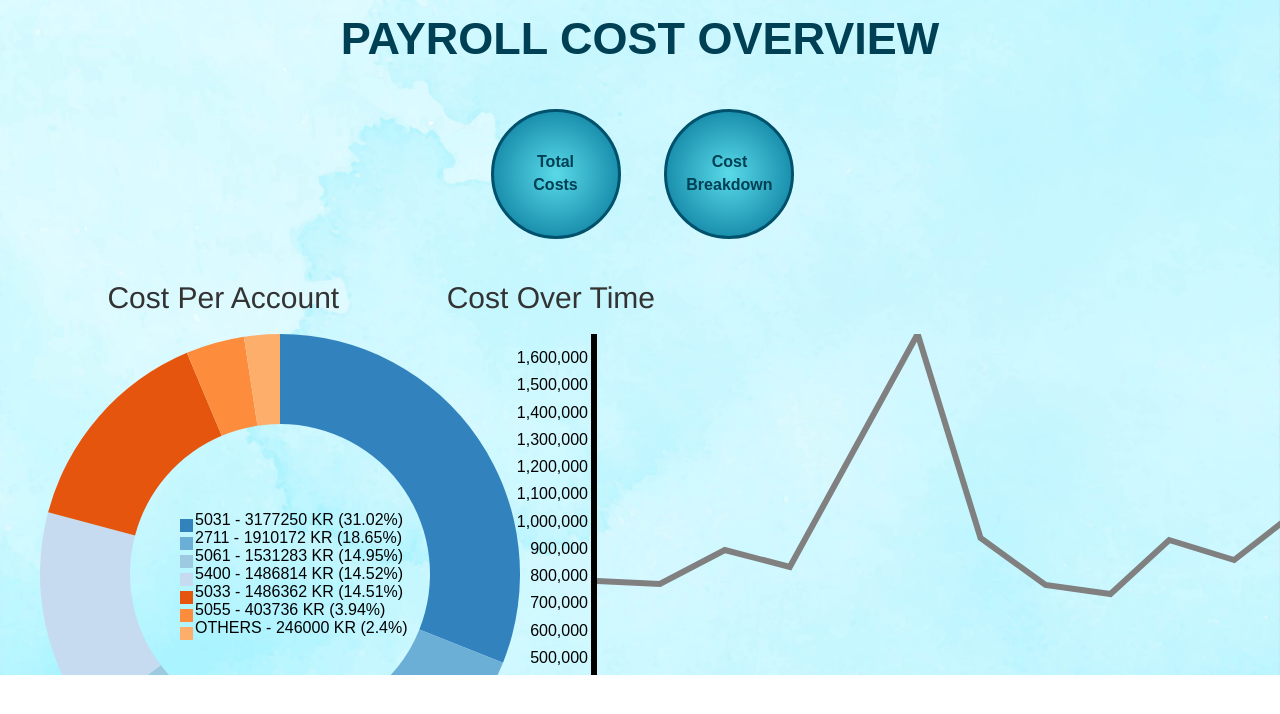
Repository: Code-Institute-Submissions/danfiliphoff-Milestoneproject-2
Page: account.html
The author's editor kept a record of every edit. The page is drawn from the files as they stood at one moment, then again after the next edit.
The browser window is 1280 px wide. The pictures show the whole page.
An inner scrolling area shows only its first screen.

Above is the page before.

### account.html
<!DOCTYPE html>
<html lang="en">
<head>
    <meta charset="UTF-8">
    <meta name="viewport" content="width=device-width, initial-scale=1.0">
    <meta http-equiv="X-UA-Compatible" content="ie=edge">
    <title>Payroll Dashboard</title>
    <link rel="stylesheet" href="static/css/style.css" type="text/css" />
    <link rel="stylesheet" href="" type="text/css" />
    <link rel="stylesheet" href="static/pictures/html_background.jpg" type="image/jpg" />
    <link rel="stylesheet" href="https://stackpath.bootstrapcdn.com/bootstrap/3.3.7/css/bootstrap.min.css" type="text/css" />
    <link rel="stylesheet" href="https://stackpath.bootstrapcdn.com/font-awesome/4.7.0/css/font-awesome.min.css" type="text/css" />
    <script src="https://ajax.googleapis.com/ajax/libs/jquery/3.3.1/jquery.min.js"></script>
    <script src="https://maxcdn.bootstrapcdn.com/bootstrap/3.4.0/js/bootstrap.min.js"></script>
    <script type="text/javascript" src="static/js/d3.min.js"></script>
    <script type="text/javascript" src="static/js/d3-time-format.v2.min.js"></script>
    <script type="text/javascript" src="static/js/crossfilter.min.js"></script>
    <script type="text/javascript" src="static/js/dc.min.js"></script>
    <script type="text/javascript" src="static/js/queue.min.js"></script>
    <script type="text/javascript" src="static/js/account.js"></script>
</head>




<body id="index-body-size">
    <div class="container-fluid" id="index-background">
        <header>
            <!--*******Title*********-->
                <div >
                   <div class="row">
                        <h1 class="col-md-12 paddingtitle title">
                             <a href="index.html" class="title">
                                 <span>Payroll Cost Overview</span>
                                 <br>
                             </a>
                        </h1>
                   </div>
                </div>
        </header>
        <body class = "body-account">
            <!--****** Navigation Buttons******-->
            <div class="mobile" id="indexcontent">
                <div class="row" id="center-btn">
                    <div class="col-md-12">
                        <form style="display: inline" action="total_cost.html" method="get">
                            <button class="mainbutton">
                                <span>Total<br> Costs</span>
                            </button>
                        </form>
                        <form style="display: inline" action="account.html" method="get">
                            <button class="mainbutton">
                                <span>Cost Breakdown</span>
                            </button>
                        </form>
                    </div>
                </div>
            </div>

            <!--*****Graphs******-->
            <div class="container">
                <div class="row">
                   <!--*****Pie Charts******-->
                    <section class="col-md-4">
                        <h2 class="h2-chart-heading">Cost Per Account</h2>
                        <div id="cost-per-account"></div>
                    </section>
                    <!--*****Line Chart******-->
                    <section class="col-md-8">
                        <h2>Cost Over Time</h2>
                        <div id="Cost-Over-Time"></div>
                    </section>
                </div>
               <div class="row">
                    <!--*****Bar Chart******-->
                    <section class="col-md-12">
                        <h2>Cost per Type</h2>
                        <div id="Cost-Per-Type"></div>
                    </section>
               </div>
            </div>
        </body>

        <!--****** Footer******-->
        <footer class="container-fluid footer-pinned">
            <div class="row footerbackgrund">
            </div>
        </footer>
    </div>



</body>

### static/css/style.css


/*--------HEADER-------*/
.paddingtitle{
    padding-top:25px;
    text-align: center;
}

.title {
    font-family: "Nunito", Arial;
    font-weight: 800;
    font-size: 45px;
    line-height: 50px;
    text-transform: uppercase;
    color:#004054;
    text-decoration: none !important;
    top: 0.5%;
    position: relative;
}

/*--------Index-------*/
#index-body-size{
    position: fixed;
    height: 100%;
    width: 100%;
    margin-top: -27px;
    margin-left: 0px;
}
#indexcontent{
    text-align: center;
    margin-top: 1%;
}

#welcome-text{
    max-width: 100px;
}

#center-btn{
    margin-right: 20px;
}

.mainbutton{
    border-radius: 50%;
    color: #004054;
    background: radial-gradient(#5adae9, #017296);
    height: 130px;
    width: 130px;
    font-family: "Nunito", Arial;
    font-weight: 800;
    font-size:16px;
    border: 3px solid #00516b;
    transition: all 0.5s;
    cursor: pointer;
    text-align: center;
    margin-bottom: 22px;
    margin-top: 22px;
    margin-left: 40px;
}

.mainbutton:hover{
  box-shadow: 0 12px 16px 0 rgba(0,0,0,0.24), 0 17px 50px 0 rgba(0,0,0,0.19);
}

.mainbutton span{
  cursor: pointer;
  display: inline-block;
  position: relative;
  transition: 0.5s;
}

.mainbutton span:after{
  content: '\00bb';
  position: absolute;
  opacity: 0;
  top: 0;
  right: -20px;
  transition: 0.5s;
}

.mainbutton:hover span{
  padding-right: 25px;
}

.mainbutton:hover span:after{
  opacity: 1;
  right: 0;
}




/*--------GENERAL-------*/
#index-background{
    position: relative;
    background-repeat:no-repeat;
    background-size:cover;
    background-image: url("../pictures/html_background.jpg");
    height: 107%;
    width: 100%;
    overflow:scroll;
}

.body-account{
    padding-bottom:60px;
    height: 100%;
}

.topic-header{
  font-family: "Nunito", Arial;
  font-weight: 700;
  font-size:  43px;
  color:#004054;
  text-align: center;
}

.topic-text{
  font-family: "Nunito", Arial;
  color:black;
  font-size: 13px;
  text-decoration: none!important;
  text-align: justify;
  max-width: 203px;
  margin: 0 auto;
}

.container{
    width: 100% !important;
}

.h2-chart-heading{
    text-align: center;
}

/*--------------GRAPHS AND CHARTS-------------------*/

/*below hides y axis for accounts bar graph*/
#Cost-Per-Type
 .axis.y { display: none; }

/*below make sures that line grap renders as a line and not as an area*/
.line {
         fill: none;
         stroke: grey;
         stroke-width: 6px;
         }


#Cost-Over-Time > svg > g > g.axis.x {
    font-size: 13.5px;
}

/*#Cost-Over-Time > svg > g > g.axis.x > g:nth-child(5){
    font-size: 10px;
}*/

#cost-per-account > svg {
    display:block;
    margin:auto;
}

#Cost-Over-Time > svg {
    display:block;
    margin:auto;
}

#Cost-Per-Type > svg {
    display:block;
    margin:auto;
}

#index-background > div.container > div:nth-child(2) > section{
    margin-top: 80px;
}

#cost-per-account > svg > g.dc-legend{
    font-family: "Nunito", Arial;
    font-size: 16px;
    text-transform: uppercase;
    color:#004054;
}

#Cost-Over-Time > svg > g > g.axis.y{
    font-family: "Nunito", Arial;
    font-size: 16px;
    text-transform: uppercase;
    color:#004054;
}


/*--------------FOOTER-------------------*/
.footer-pinned{
   position:static;
   bottom:0;
   width:100%;
}

.footerbackgrund{
  bottom: 0;
  margin-top: 50px;
  border-radius: 170px 170px 0px 0px;
  background-repeat:no-repeat;
  background-size:cover;
  background-image: url("../pictures/footerbackground.jpg");
  height: 60px;
}


/*-------------MEDIA QUERYS-----------*/
@media (max-width: 404px){
    .mainbutton{
        height: 118px;
        width: 118px;
        margin-left: 29px;
    }
}


@media (max-width: 768px){
    .mainbutton{
        margin-top: 5px;
    }
}

@media (min-width: 768px){

    .topic-text{
        font-size: 15px;
        max-width: 295px;
    }

    #index-body-size{
    margin-top: -31px;
    }


}

@media  (min-width: 427px) and (max-width: 768px) {
    .title {
        font-weight: 800;
        font-size: 35px;
        line-height: 30px;
        padding-top: 20px;
    }

    .topic-header{
        font-size:  30px;
    }
}




@media  (min-width: 0px) and (max-width: 426px){
    .title{
        font-weight: 800;
        font-size: 24px;
        line-height: 40px;
        padding-top: 20px;
    }

    .topic-header{
        font-size:  25px;
    }


}


@media (max-width: 320px){
   .topic-text{
        margin-left: 54px;
        font-size: 12px;
    }
}

### static/js/account.js
/*steg:
1. skapa HTML.
2. skapa function
3.lägg till function under make graph*/

/*väntar med att skapa graf tills data är laddat*/
queue()
    .defer(d3.csv, "data/account.csv")
    .await(makeAccountDataGraphs);


function makeAccountDataGraphs(error, account){

    var parseDate = d3.time.format("%Y-%m-%d").parse;
    account.forEach(function(d){
        d.PaymentDate = parseDate(d.PaymentDate);
    });

   /* converts all accounts and Sums to integers*/
    account.forEach(function(d){
        d.Account = parseInt(d.Account, 10);
    });

    account.forEach(function(d){
        d.Sum = parseInt(d.Sum, 10);
    });


   var ndx=crossfilter(account);
   cost_per_account(ndx);
   cost_per_type(ndx);
   cost_over_time(ndx);
   dc.renderAll();
}


function cost_over_time(ndx) {
    var cost_over_time_dim = ndx.dimension(dc.pluck("PaymentDate"));
    var cost_over_time_group = cost_over_time_dim.group().reduceSum(dc.pluck('Sum'));

    var minDate = cost_over_time_dim.bottom(1)[0].PaymentDate;
    var maxDate = cost_over_time_dim.top(1)[0].PaymentDate;

    dc.lineChart('#Cost-Over-Time')
        .width(1000)
        .height(500)
        .margins({top: 10, right: 150, bottom: 30, left: 150})
        .dimension(cost_over_time_dim)
        .group(cost_over_time_group)
        .transitionDuration(500)
        .x(d3.time.scale().domain([minDate,maxDate]))
        .yAxis().ticks(15);
        }




function cost_per_account(ndx) {
    var cost_per_account_dim = ndx.dimension(dc.pluck("Account"));
    var cost_per_account_group = cost_per_account_dim.group().reduceSum(dc.pluck('Sum'));

    /*räknar ihopp totalen men funkar ej
   var total= cost_per_account_dim.groupAll().reduceSum(function (d) {
       return +d.Sum;
   });
   console.log(total);

    dc.numberDisplay("#total")
        .valueAccessor(function(d){
            console.log(d);
            return +d.Sum})
        .group(total);*/



    dc.pieChart('#cost-per-account')
        .height(500)
        .width(500)
        .radius(240)
        .innerRadius(150)
        .transitionDuration(1500)
        .dimension(cost_per_account_dim)
        .group(cost_per_account_group)
        .slicesCap(6)
        .legend(dc.legend()
            .x(150)
            .y(195)
            .itemHeight(13)
            .gap(5)
            .legendText(
                function(d) {
                  /* console.log(d);för att se vilka nycklar (d.xx, d.något) som ska användas använd den här consolelog*/
                    return d.name + " - " + d.data + " " + "KR ("
            +  Math.round((d.data/(10241617/100))*100)/100 + "%)"})
            )
        .renderLabel(false);
}

/*ska visa kostnad för varje löneart*/
function cost_per_type(ndx){
    var cost_per_type_dimension = ndx.dimension(dc.pluck("Type"));
    var cost_per_type_group = cost_per_type_dimension.group().reduceSum(dc.pluck('Sum'));
    var filtered_cost_per_type_group = remove_empty_bins(cost_per_type_group);

    function remove_empty_bins(cost_per_type_group) {
    return {
        all:function () {
            return cost_per_type_group.all().filter(function(d) {
                return d.value !== 0; // if integers only
             });
            }
           };
          }


     dc.barChart('#Cost-Per-Type')
            .width(1500)
            .height(1000)
            .margins({top: 10, left: 80, right: 1, bottom: 200})
            .dimension(cost_per_type_dimension)
            .group(filtered_cost_per_type_group)
            .transitionDuration(500)
            .renderLabel(true)/*gets total label for whole bar*/
            .elasticX(true)
            .xAxisPadding(10)
            .gap(15)
            .centerBar(true)
            .x(d3.scale.ordinal())
            .xUnits(dc.units.ordinal)
            /*renderlet rotates labels on X axis*/
            .on('renderlet',function (chart) {
                    chart.selectAll("g.x text")
                      .attr('dx', '-135')
                     /* nedan kod kontolllerar lutningen på texten i x axeln och alignement av text och bar*/
                      .attr('transform', "translate(25,0) rotate(-35)");
                });

}

Loaded but not shown: static/js/d3.min.js (library); static/js/d3-time-format.v2.min.js (library); static/js/crossfilter.min.js (library); static/js/dc.min.js (library); static/js/queue.min.js (common file)

After the next edit:
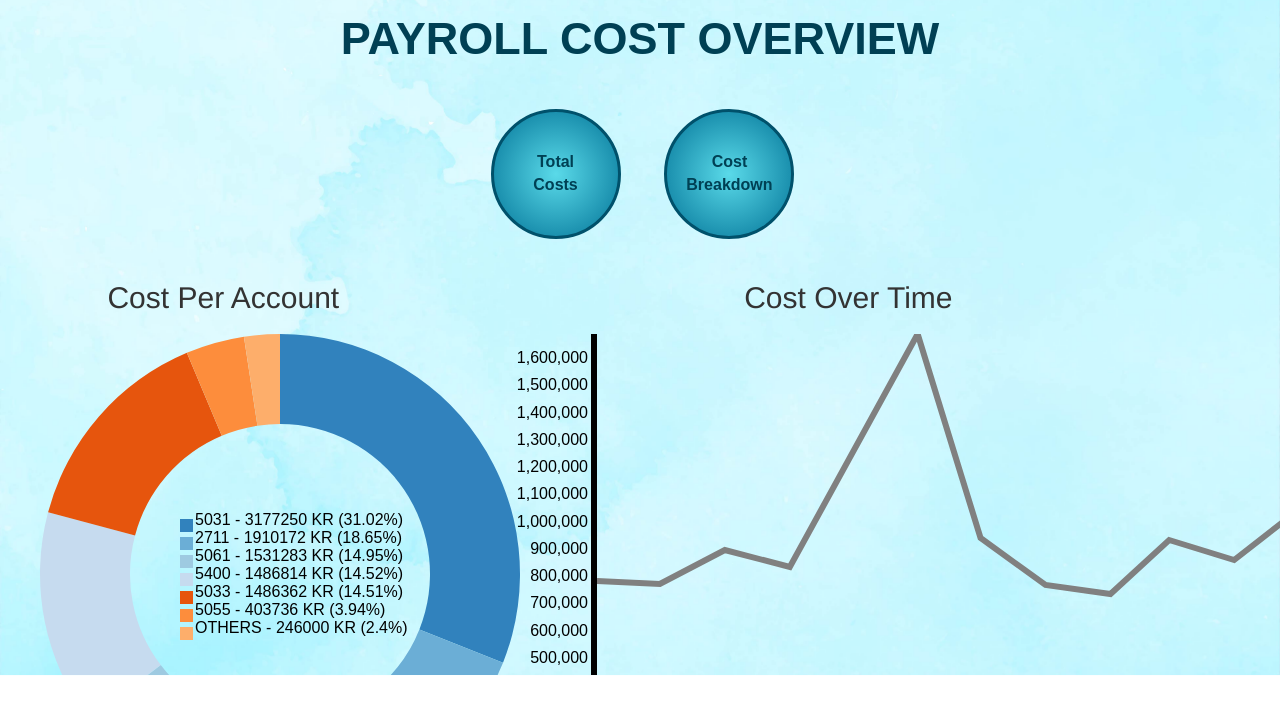
The edit:
--- a/account.html
+++ b/account.html
@@ -67,7 +67,7 @@
                     </section>
                     <!--*****Line Chart******-->
                     <section class="col-md-8">
-                        <h2>Cost Over Time</h2>
+                        <h2 class="h2-chart-heading">Cost Over Time</h2>
                         <div id="Cost-Over-Time"></div>
                     </section>
                 </div>
